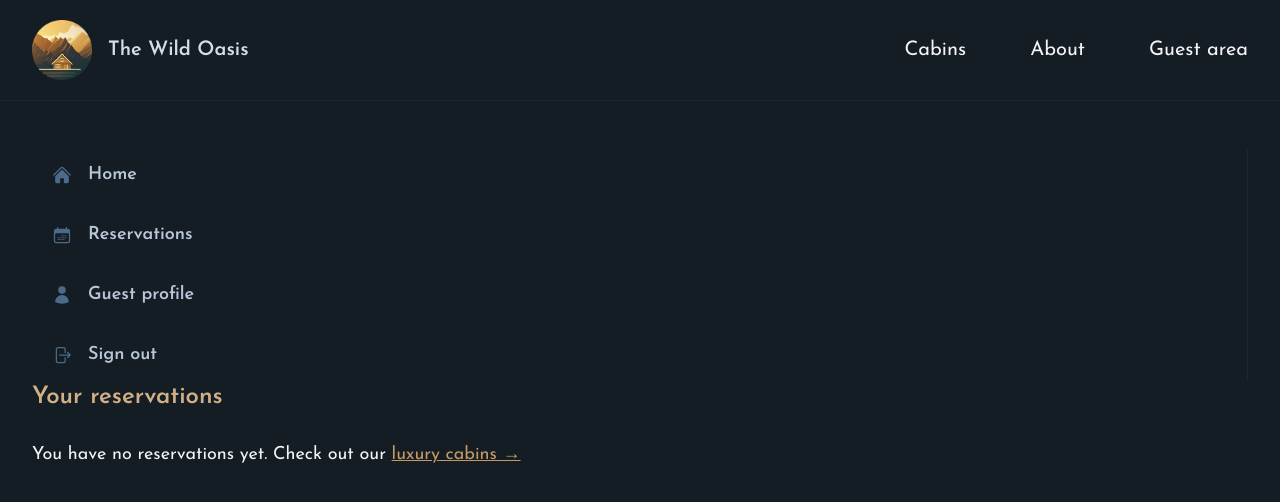
Repository: hyready/Next
Page: /account/reservations
An editor plug-in stored every save of this project. The page is shown before and after the next save, followed by the edit.
The browser window is 1280 px wide. The pictures show the whole page.
The project was rebuilt for these pictures with package versions that can differ from the ones it lists, and the page was loaded fresh each time. The framework's server and built-in components were replaced by stand-ins that run in the browser. Also part of the build but not shown: next.config.mjs, app/_components/DeleteReservation.js, app/_components/ReservationCard.js.

Above is the page before, as saved 2025-01-06 15:59:34.

After the next save:
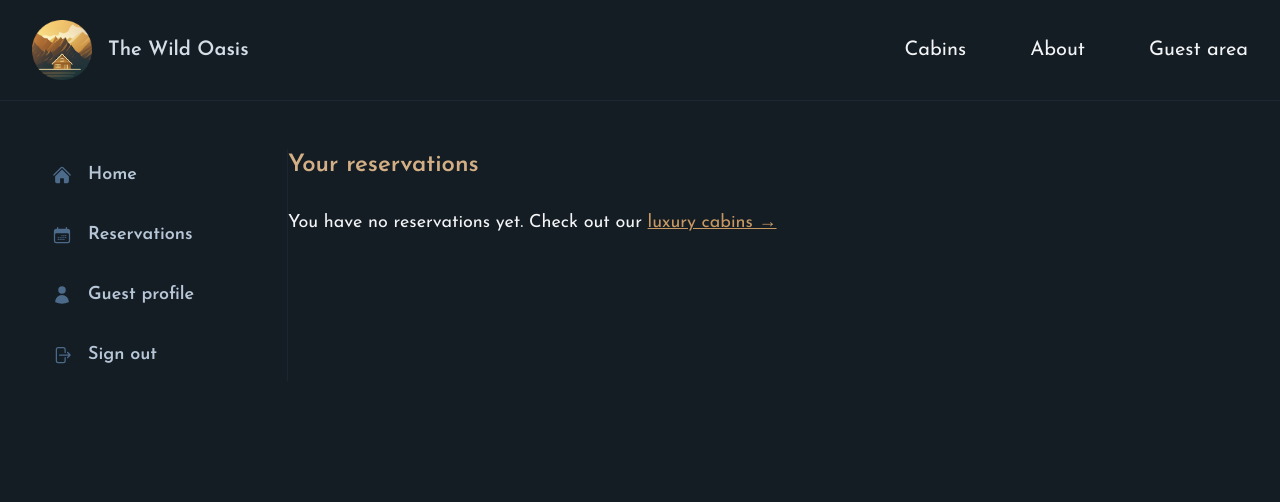
Saved 10 s later.
--- a/app/account/layout.js
+++ b/app/account/layout.js
@@ -2,7 +2,7 @@ import SideNavigation from '../_components/SideNavigation'
 
 export default function Layout({ children }) {
   return (
-    <div className='grid grid-cols-[]'>
+    <div className='grid grid-cols-[16rem_1fr]'>
       <SideNavigation />
       <main>{children}</main>
     </div>
